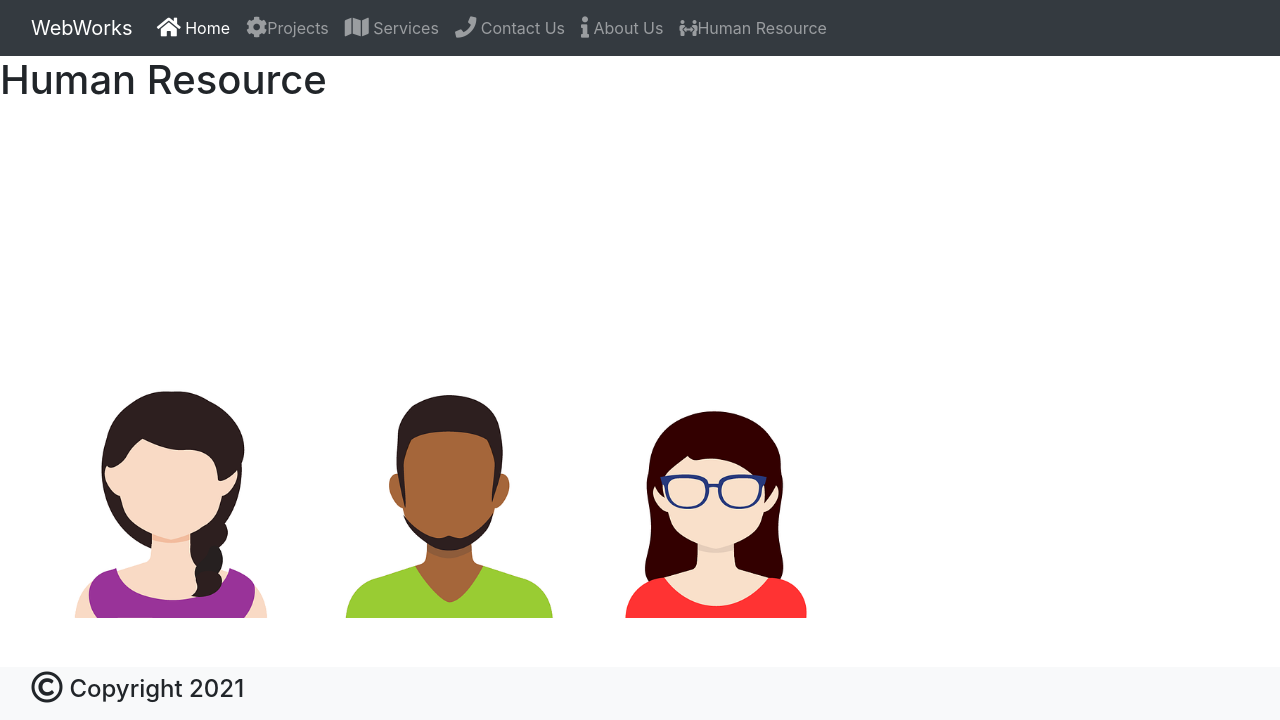
Repository: JonathonWager/Webd6202Lab1
Page: human_resource.html
These files come from the project's save history. The page is drawn as it stood at one moment and after the next save; the edit follows.
The browser window is 1280 px wide. The pictures show the whole page.

Above is the page before, as saved 2021-02-05 20:25:46.
Not found: Content/app.css

After the next save:
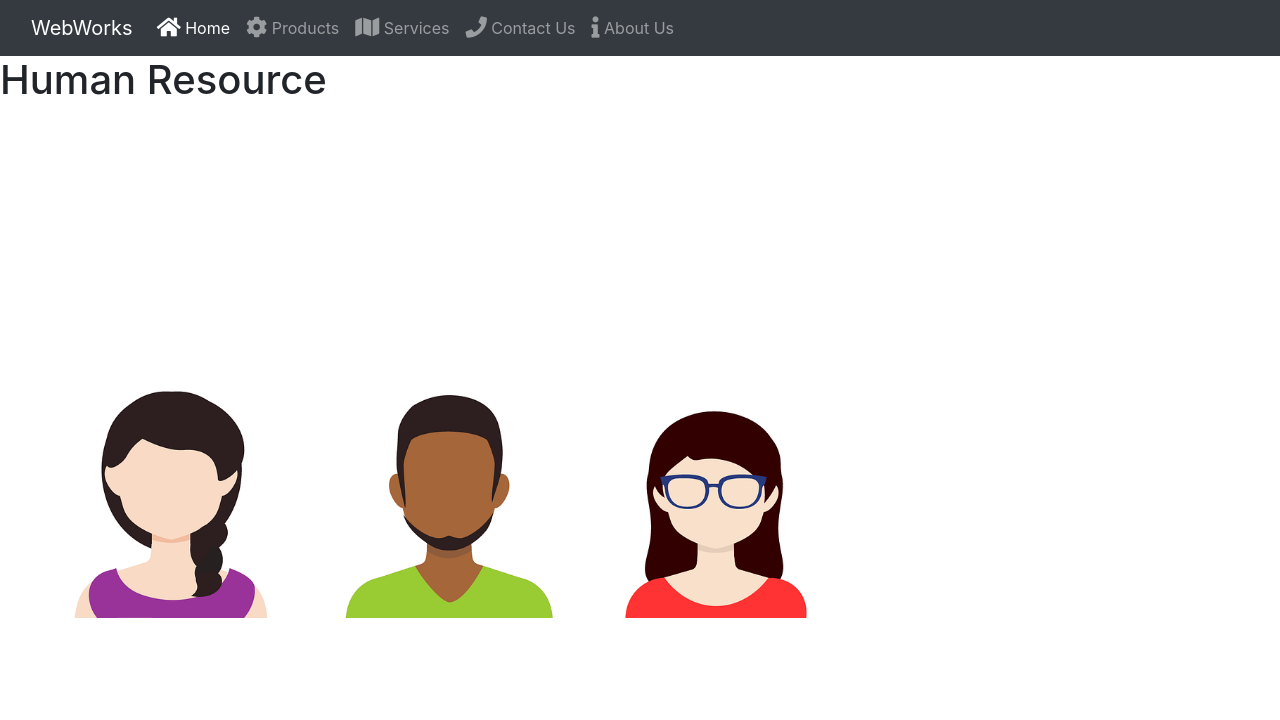
Console error: SyntaxError: Unexpected token '}'
Saved 36 s later.
--- a/Scripts/app.js
+++ b/Scripts/app.js
@@ -229,6 +229,7 @@
           case "Contact":
               displayContact();
             break;
+            case "HumanResource"
         }
 
     }

After the save that followed:
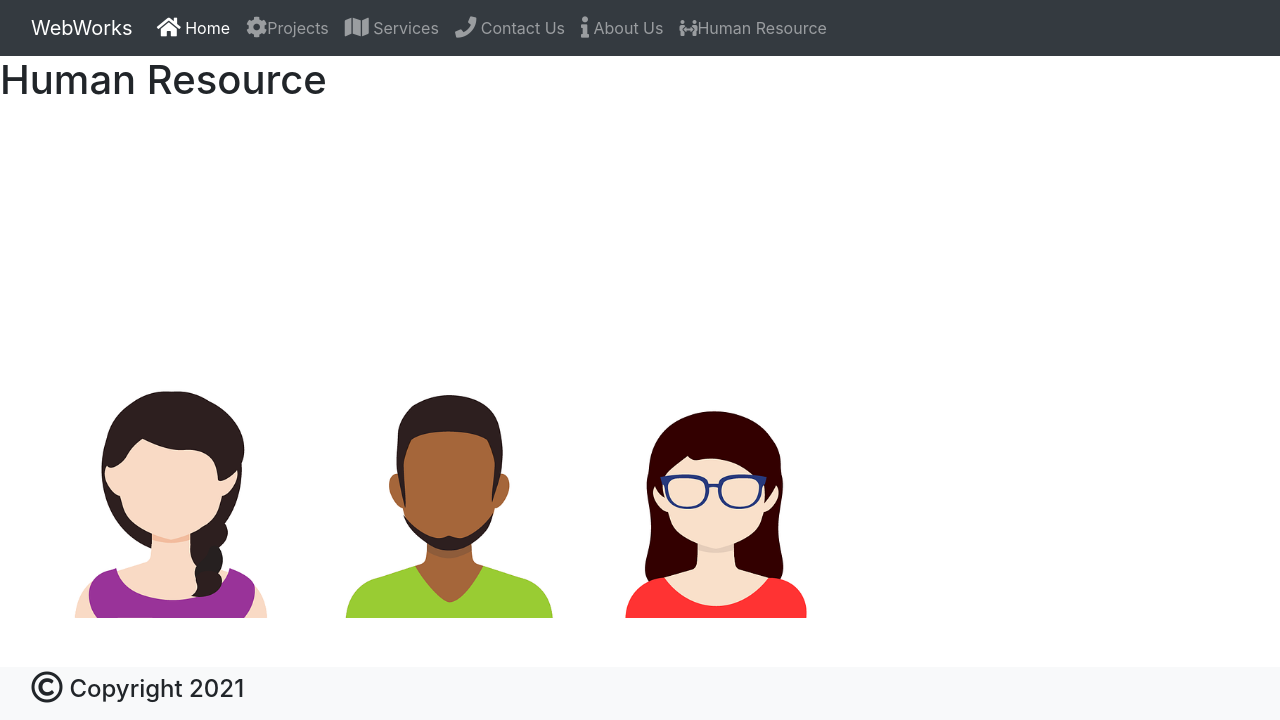
The error is gone.
Saved 7 s later.
--- a/Scripts/app.js
+++ b/Scripts/app.js
@@ -229,7 +229,9 @@
           case "Contact":
               displayContact();
             break;
-            case "HumanResource"
+            case "HumanResource":
+              displayHumanResource();
+              break;
         }
 
     }
